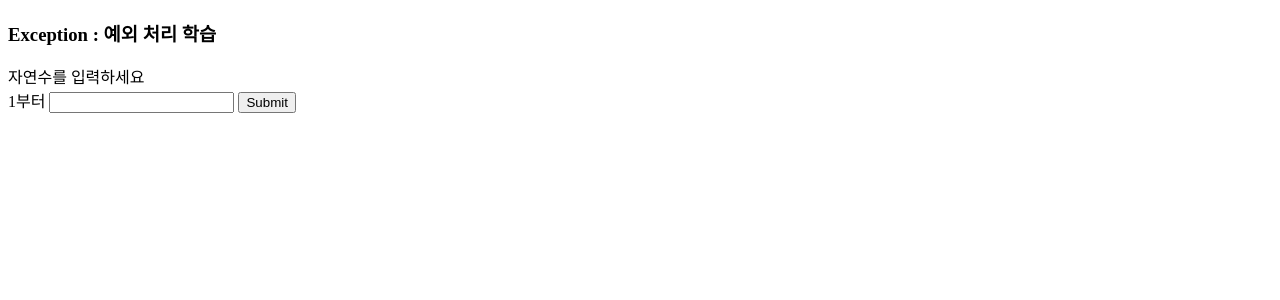
Repository: papepopopy/javascript
Page: http://localhost/webjsp/ex02/addException.jsp
An editor plug-in stored every save of this project. The page is shown before and after a run of saves, followed by the edit.
The browser window is 1280 px wide. The pictures show the whole page.
The page is served by Tomcat 9. Nobody is signed in. The application's start-up code is not run.

Above is the page before, as saved 2024-07-04 06:21:56.

After the next 2 saves:
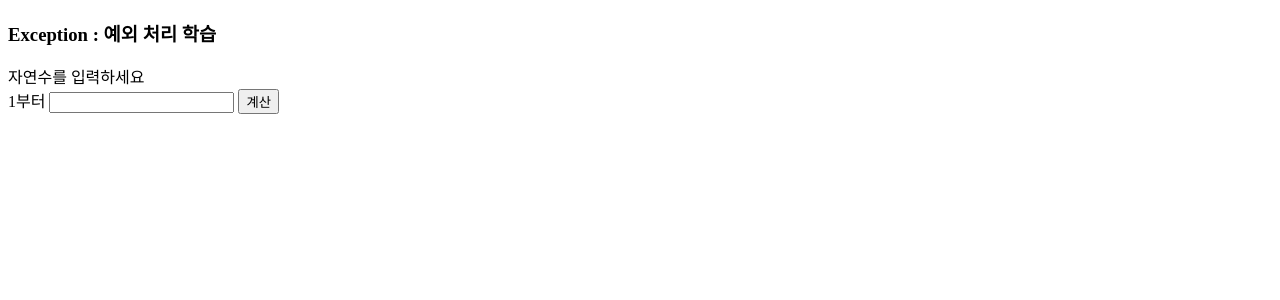
The 2 saves are shown as one change because they came seconds apart.
The last was saved 14 s later.
--- a/jspStudy/jspStudy/webjsp/src/main/webapp/ex02/addException.jsp
+++ b/jspStudy/jspStudy/webjsp/src/main/webapp/ex02/addException.jsp
@@ -13,7 +13,7 @@
 		자연수를 입력하세요<br>
 		1부터
 		<input type="text" name="num" />
-		<input type="submit" name="num" />
+		<input type="submit" value="계산" />
 	</form>
 </body>
 </html>
